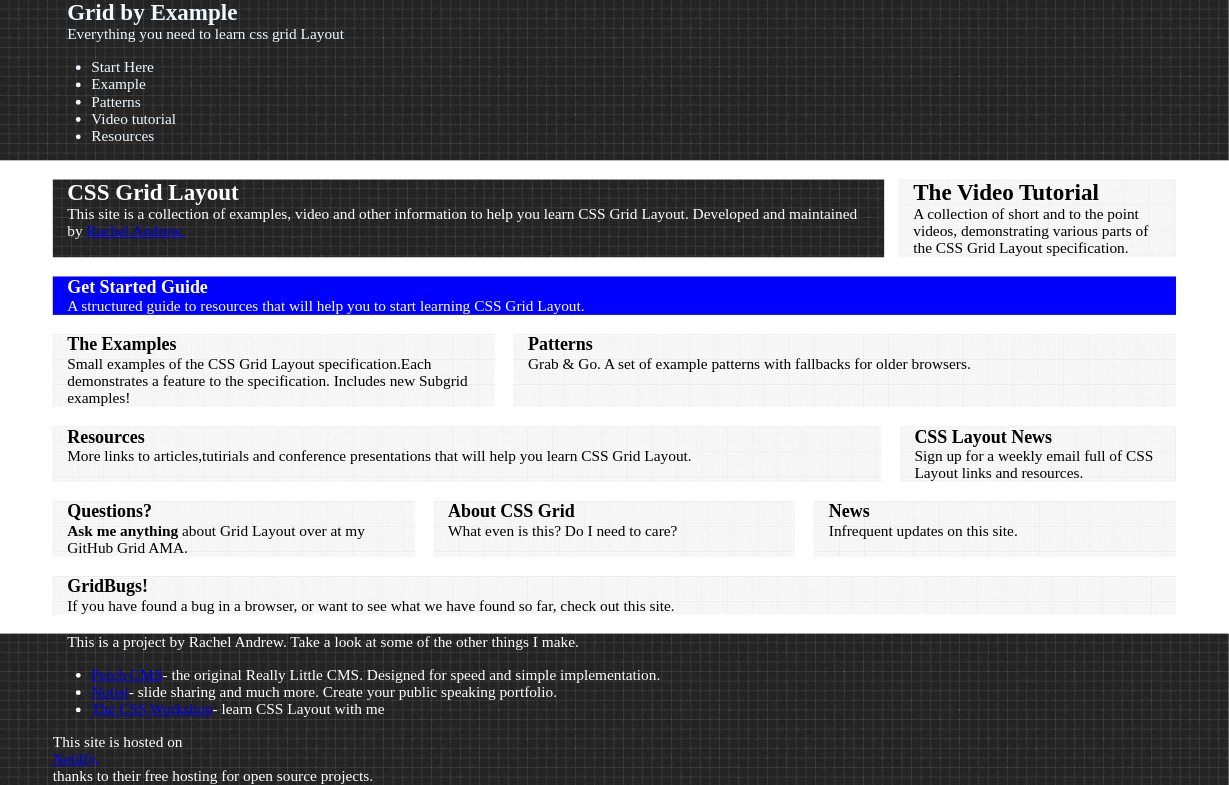
Repository: sitikhusushan/grid
Page: index.html
The author's editor kept a copy of each file at every save. The page is drawn from the files as they stood at one save, then again after the next save.
The browser window is 1280 px wide. The pictures show the whole page, at 96% of full size.

Above is the page before, as saved 2020-05-12 22:43:29.

### index.html
<!DOCTYPE html>
<html lang="en">
  <head>
    <meta charset="UTF-8" />
    <meta name="viewport" content="width=device-width, initial-scale=1.0" />
    <title>Grid View</title>
    <link rel="stylesheet" href="style.css" />
  </head>
  <body>
    <div class="header">
      <div class="container">
        <h2>Grid by Example</h2>
        <p>Everything you need to learn css grid Layout</p>
        <ul>
          <li>Start Here</li>
          <li>Example</li>
          <li>Patterns</li>
          <li>Video tutorial</li>
          <li>Resources</li>
        </ul>
      </div>
    </div>
    <div class="layout">
      <div class="container">
        <div class="layouts">
        <div class="left">
          <h2>CSS Grid Layout</h2>
          <p>
            This site is a collection of examples, video and other information
            to help you learn CSS Grid Layout. Developed and maintained by
            <a href="#">Rachel Andrew.</a>
          </p>
        </div>
        <div class="right">
          <h2>The Video Tutorial</h2>
          <p>
            A collection of short and to the point videos, demonstrating various
            parts of the CSS Grid Layout specification.
          </p>
        </div>
      </div>
    </div>
    </div>
    <div class="guide ">
      <div class="container">
        <div class="guides">
        <h3>Get Started Guide</h3>
        <p>
          A structured guide to resources that will help you to start learning
          CSS Grid Layout.
        </p>
      </div>
      </div>
    </div>
    <div class="new">
      <div class="container">
        <div class="news">
        <div class="left">
          <h3>The Examples</h3>
          <p>
            Small examples of the CSS Grid Layout specification.Each
            demonstrates a feature to the specification. Includes new Subgrid
            examples!
          </p>
        </div>
        <div class="right">
          <h3>Patterns</h3>
          <p>
            Grab & Go. A set of example patterns with fallbacks for older
            browsers.
          </p>
        </div>
      </div>
    </div>
    </div>
    <div class="resources">
      <div class="container">
        <div class="rs">
        <div class="left">
          <h3>Resources</h3>
          <p>
            More links to articles,tutirials and conference presentations that
            will help you learn CSS Grid Layout.
          </p>
        </div>
        <div class="right">
          <h3>CSS Layout News</h3>
          <p>
            Sign up for a weekly email full of CSS Layout links and resources.
          </p>
        </div>
      </div>
    </div>
    </div>
    <div class="question">
      <div class="container">
        <div class="qs">
        <div class="left">
          <h3>Questions?</h3>
          <p>
            <b>Ask me anything</b> about Grid Layout over at my GitHub Grid AMA.
          </p>
        </div>
        <div class="middle">
          <h3>About CSS Grid</h3>
          <p>What even is this? Do I need to care?</p>
        </div>
        <div class="right">
          <h3>News</h3>
          <p>Infrequent updates on this site.</p>
        </div>
      </div>
      </div>
    </div>
    <div class="bugs">
      <div class="container">
        <div class="bug">
        <h3>GridBugs!</h3>
        <p>
          If you have found a bug in a browser, or want to see what we have
          found so far, check out this site.
        </p>
      </div>
    </div>
    </div>
  <footer>
    <div class="foo">
      <div class="container">
      <p>This is a project by Rachel Andrew. Take a look at some of the other things I make.
        <ul>
          <li><a href="#">Perch CMS</a>- the original Really Little CMS. Designed for speed and simple implementation.</li>
          <li><a href="#">Notist</a>- slide sharing and much more. Create your public speaking portfolio.</li>
          <li><a href="#">The CSS Workshop</a>- learn CSS Layout with me</li>
        </ul>
        This site is hosted on <a href="#">Netilfy,</a>thanks to their free hosting for open source projects.
      </p>
      </div>
    </div>
  </footer>
  </body>
</html>

### style.css
body {
  padding: 0px;
  margin: 0px;
}

.container {
  display: grid;
  width: 1170px;
  margin-left: auto;
  margin-right: auto;
  max-width: 100%;
  padding-left: 15px;
  padding-right: 15px;
}

/* * {
  -webkit-box-sizing: border-box;
  -moz-box-sizing: border-box;
  box-sizing: border-box;
} */

.header {
  background-image: url("image/inflicted.png");
  color: aliceblue;
}

.layout .left {
  background-image: url("image/inflicted.png");
  color: #ffffff;
}

.right {
  background-image: url("image/tiny_grid.png");
}

.guides {
  width: 100%;
  background-color: blue;
  color: #ffffff;
}

.left {
  background-image: url("image/tiny_grid.png");
}

.middle {
  background-image: url("image/tiny_grid.png");
}

.bug {
  background-image: url("image/tiny_grid.png");
  margin-bottom: 20px;
}

footer {
  background-image: url("image/inflicted.png");
  color: #ffffff;
}

.layouts {
  display: grid;
  grid-template-columns: 3fr 1fr;
  grid-gap: 15px;
  margin-top: 20px;
  margin-bottom: 20px;
}

.news {
  display: grid;
  grid-template-columns: 2fr 3fr;
  grid-gap: 20px;
  margin-top: 20px;
  margin-bottom: 20px;
}

.rs {
  display: grid;
  grid-template-columns: 3fr 1fr;
  grid-gap: 20px;
}

.qs {
  display: grid;
  grid-template-columns: 1fr 1fr 1fr;
  grid-gap: 20px;
  margin-top: 20px;
  margin-bottom: 20px;
}

h3,
p,
h2 {
  margin: 0px;
  padding-left: 15px;
  padding-right: 15px;
}

After the next save:
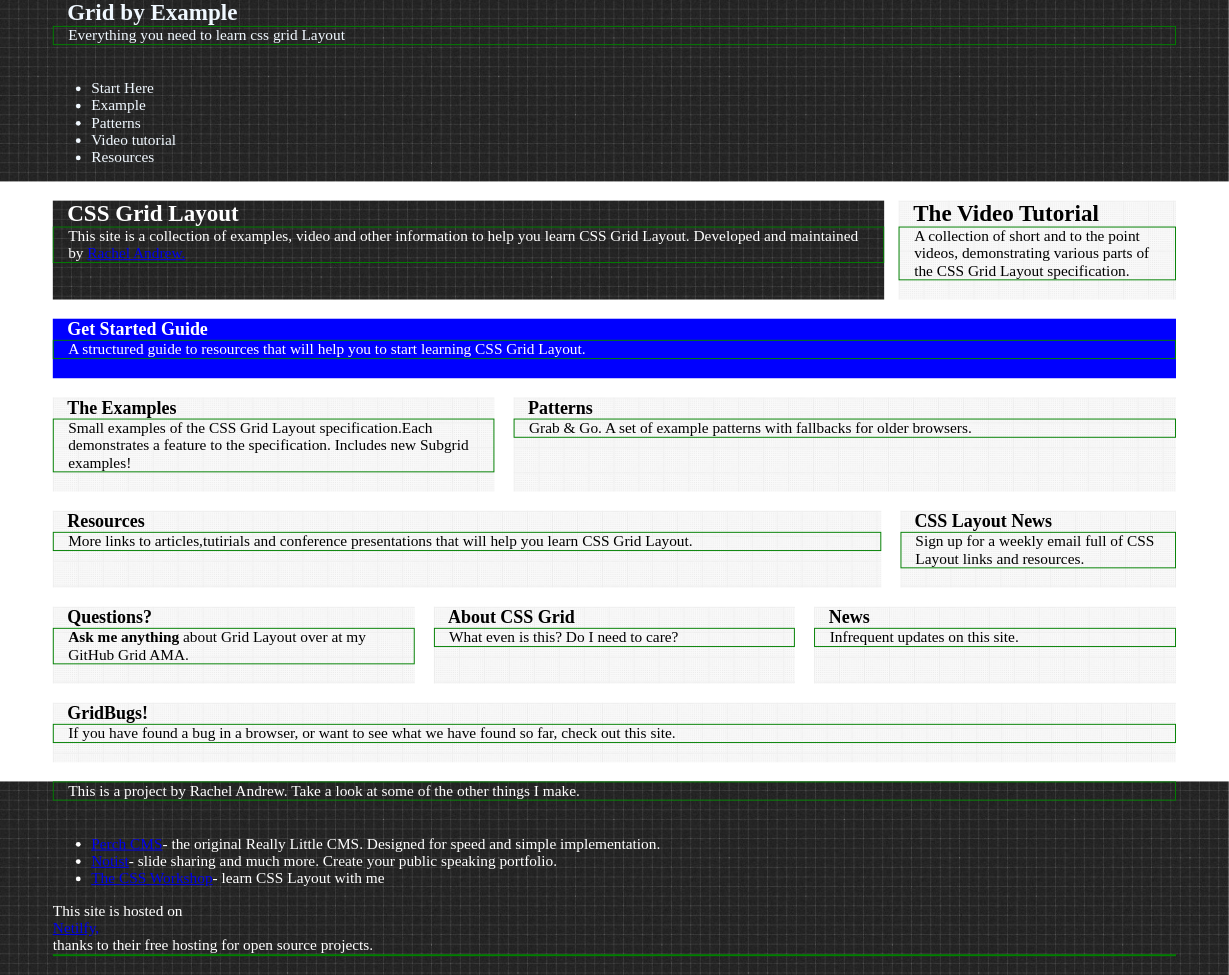
Saved 38 s later.
--- a/style.css
+++ b/style.css
@@ -94,3 +94,8 @@ h2 {
   padding-left: 15px;
   padding-right: 15px;
 }
+
+p {
+  margin-bottom: 20px;
+  border: solid 1px green;
+}
